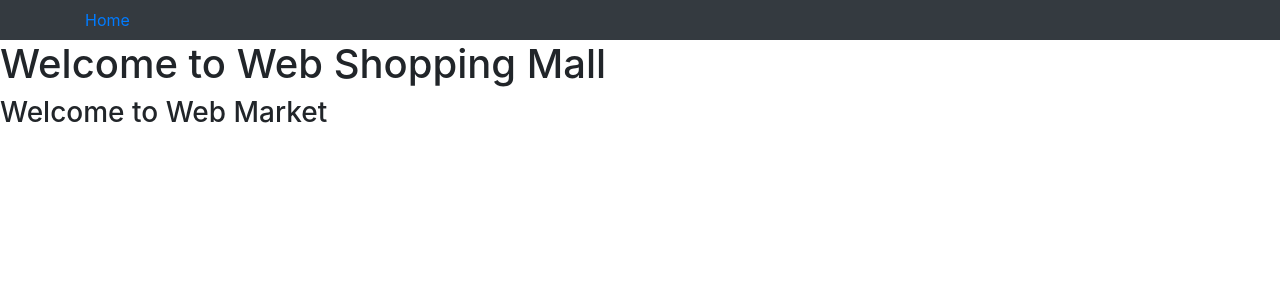
Repository: Jin0207/jsp
Page: http://localhost/day1210/welcome.jsp
The author's editor kept a copy of each file at every save. The page is drawn from the files as they stood at one save, then again after the next save.
The browser window is 1280 px wide. The pictures show the whole page.
The page is served by Tomcat 9. Other server files are loaded and not shown.

Above is the page before, as saved 2021-12-10 07:33:07.

### day1210/src/main/webapp/welcome.jsp
<%@ page language="java" contentType="text/html; charset=EUC-KR"
    pageEncoding="EUC-KR"%>
<!DOCTYPE html>
<html>
<head>
<title>Insert title here</title>
<meta charset="EUC-KR">
<meta name="viewport" content="width=device-width, initial-scale=1">
<link rel="stylesheet" href="https://maxcdn.bootstrapcdn.com/bootstrap/4.5.2/css/bootstrap.min.css">
<script src="https://ajax.googleapis.com/ajax/libs/jquery/3.5.1/jquery.min.js"></script>
<script src="https://cdnjs.cloudflare.com/ajax/libs/popper.js/1.16.0/umd/popper.min.js"></script>
<script src="https://maxcdn.bootstrapcdn.com/bootstrap/4.5.2/js/bootstrap.min.js"></script>
</head>
<body>
	<nav class="navbar navbar-expand-sm bg-dark navbar-dark">
		<div class="container">
			<div>
				<a href="./welcome.jsp">Home</a>
			</div>
		</div>
	</nav>
	<%!
		String greeting = "Welcome to Web Shopping Mall";
		String tagline = "Welcome to Web Market";
	%>
	<h1><%=greeting %></h1>
	<h3><%=tagline %></h3>
</body>
</html>

After the next save:
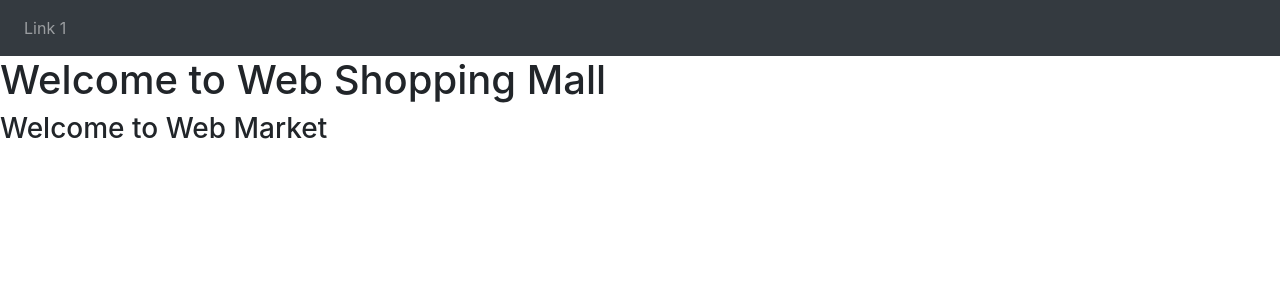
Saved 3 min 56 s later.
--- a/day1210/src/main/webapp/welcome.jsp
+++ b/day1210/src/main/webapp/welcome.jsp
@@ -13,11 +13,10 @@
 </head>
 <body>
 	<nav class="navbar navbar-expand-sm bg-dark navbar-dark">
-		<div class="container">
-			<div>
-				<a href="./welcome.jsp">Home</a>
-			</div>
-		</div>
+		<ul class="navbar-nav">
+    <li class="nav-item">
+      <a class="nav-link" href="#">Link 1</a>
+    </li>
 	</nav>
 	<%!
 		String greeting = "Welcome to Web Shopping Mall";
